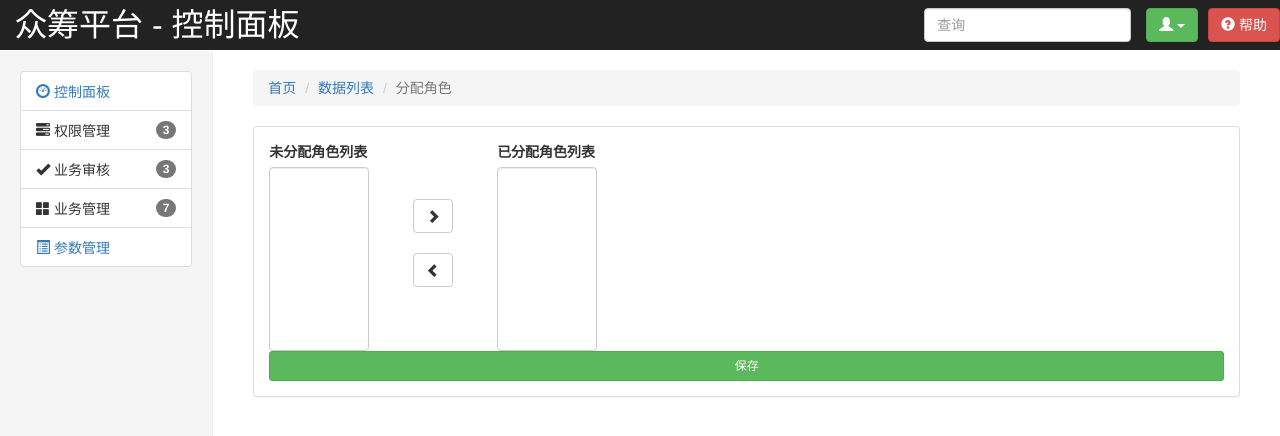
Repository: tornado4651/AtCrodFunding
Page: http://localhost/atcrowdfunding02-admin-webui/WEB-INF/assign-role.jsp
The author's editor kept a copy of each file at every save. The page is drawn from the files as they stood at one save, then again after the next save.
The browser window is 1280 px wide. The pictures show the whole page.
The page is served by Tomcat 9. Nobody is signed in. The template is opened directly, without the code that normally fills it, so the values that code supplies are empty.

Above is the page before, as saved 2020-04-26 16:41:55.

### atcrowdfunding01-admin-parent/atcrowdfunding02-admin-webui/src/main/webapp/WEB-INF/assign-role.jsp
<%@ page language="java" contentType="text/html; charset=UTF-8"
	pageEncoding="UTF-8"%>
<%@ taglib uri="http://java.sun.com/jsp/jstl/core" prefix="c" %>
<!DOCTYPE html>
<html lang="UTF-8">
<!-- 提取出navigator部分，单独包含进来 -->
<%@include file="/WEB-INF/include-head.jsp" %>

<body>

	<!-- 提取出navigator部分，单独包含进来 -->
	<%@include file="/WEB-INF/include-navigator.jsp" %>

	<div class="container-fluid">
		<div class="row">

			<!-- 提取出sidebar部分，单独包含进来 -->
			<%@include file="/WEB-INF/include-sidebar.jsp" %>
			<div class="col-sm-9 col-sm-offset-3 col-md-10 col-md-offset-2 main">
				<ol class="breadcrumb">
				  <li><a href="#">首页</a></li>
				  <li><a href="#">数据列表</a></li>
				  <li class="active">分配角色</li>
				</ol>
			<div class="panel panel-default">
			  <div class="panel-body">
				<form  action="assign/do/role/assign.html" method="post" role="form" class="form-inline">

				  <input type="hidden" name="adminId" value="${param.adminId }"/>
				  <input type="hidden" name="pageNum" value="${param.pageNum }"/>
				  <input type="hidden" name="keyword" value="${param.keyword }"/>

				  <div class="form-group">
					<label for="exampleInputPassword1">未分配角色列表</label><br>
					<select class="form-control" multiple="multiple" size="10" style="width:100px;overflow-y:auto;">
                        <c:forEach items="${requestScope.unAssignedRoleList }" var="role">
                        	<option value="${role.id }">${role.name }</option>
                        </c:forEach>
                    </select>
				  </div>
				  <div class="form-group">
                        <ul>
                            <li class="btn btn-default glyphicon glyphicon-chevron-right"></li>
                            <br/>
                            <li class="btn btn-default glyphicon glyphicon-chevron-left" style="margin-top:20px;"></li>
                        </ul>
				  </div>
				  <div class="form-group" style="margin-left:40px;">
					<label for="exampleInputPassword1">已分配角色列表</label><br>
					<select name="roleIdList"
						class="form-control" multiple="multiple" size="10"
						style="width:100px;overflow-y:auto;">
                        <c:forEach items="${requestScope.assignedRoleList }" var="role">
                        	<option value="${role.id }">${role.name }</option>
                        </c:forEach>
                    </select>
				  </div>

				  <button type="submit" class="btn btn-sm btn-success btn-block">保存</button>

				</form>
			  </div>
			</div>
        </div>

		</div>
	</div>
</body>
</html>

### atcrowdfunding01-admin-parent/atcrowdfunding02-admin-webui/src/main/webapp/WEB-INF/include-head.jsp
<%@ page language="java" contentType="text/html; charset=UTF-8"
    pageEncoding="UTF-8"%>
<head>
<meta charset="GB18030">
<meta http-equiv="X-UA-Compatible" content="IE=edge">
<meta name="viewport" content="width=device-width, initial-scale=1">
<meta name="description" content="">
<meta name="author" content="">
<base
	href="http://${pageContext.request.serverName }:${pageContext.request.serverPort }${pageContext.request.contextPath }/" />
<link rel="stylesheet" href="bootstrap/css/bootstrap.min.css">
<link rel="stylesheet" href="css/font-awesome.min.css">
<link rel="stylesheet" href="css/main.css">
<style>
.tree li {
	list-style-type: none;
	cursor: pointer;
}

.tree-closed {
	height: 40px;
}

.tree-expanded {
	height: auto;
}
</style>
<script src="jquery/jquery-2.1.1.min.js"></script>
<script src="bootstrap/js/bootstrap.min.js"></script>
<script src="script/docs.min.js"></script>
<script type="text/javascript" src="layer/layer.js"></script>
<script type="text/javascript">
	$(function() {
		$(".list-group-item").click(function() {
			if ($(this).find("ul")) {
				$(this).toggleClass("tree-closed");
				if ($(this).hasClass("tree-closed")) {
					$("ul", this).hide("fast");
				} else {
					$("ul", this).show("fast");
				}
			}
		});
	});
</script>

</head>

### atcrowdfunding01-admin-parent/atcrowdfunding02-admin-webui/src/main/webapp/WEB-INF/include-navigator.jsp
<%@ page language="java" contentType="text/html; charset=UTF-8"
    pageEncoding="UTF-8"%>
<nav class="navbar navbar-inverse navbar-fixed-top" role="navigation">
		<div class="container-fluid">
			<div class="navbar-header">
				<div>
					<a class="navbar-brand" style="font-size: 32px;" href="#">众筹平台
						- 控制面板</a>
				</div>
			</div>
			<div id="navbar" class="navbar-collapse collapse">
				<ul class="nav navbar-nav navbar-right">
					<li style="padding-top: 8px;">
						<div class="btn-group">
							<button type="button"
								class="btn btn-default btn-success dropdown-toggle"
								data-toggle="dropdown">
								<i class="glyphicon glyphicon-user"></i>
								${sessionScope.loginAdmin.userName }
								<span class="caret"></span>
							</button>
							<ul class="dropdown-menu" role="menu">
								<li><a href="#"><i class="glyphicon glyphicon-cog"></i>
										个人设置</a></li>
								<li><a href="#"><i class="glyphicon glyphicon-comment"></i>
										消息</a></li>
								<li class="divider"></li>
								<li><a href="admin/do/logout.html"><i
										class="glyphicon glyphicon-off"></i> 退出系统</a></li>
							</ul>
						</div>
					</li>
					<li style="margin-left: 10px; padding-top: 8px;">
						<button type="button" class="btn btn-default btn-danger">
							<span class="glyphicon glyphicon-question-sign"></span> 帮助
						</button>
					</li>
				</ul>
				<form class="navbar-form navbar-right">
					<input type="text" class="form-control" placeholder="查询">
				</form>
			</div>
		</div>
	</nav>

### atcrowdfunding01-admin-parent/atcrowdfunding02-admin-webui/src/main/webapp/WEB-INF/include-sidebar.jsp
<%@ page language="java" contentType="text/html; charset=UTF-8"
    pageEncoding="UTF-8"%>
<div class="col-sm-3 col-md-2 sidebar">
				<div class="tree">
					<ul style="padding-left: 0px;" class="list-group">
						<li class="list-group-item tree-closed"><a href="main.html"><i
								class="glyphicon glyphicon-dashboard"></i> 控制面板</a></li>
						<li class="list-group-item tree-closed"><span><i
								class="glyphicon glyphicon glyphicon-tasks"></i> 权限管理 <span
								class="badge" style="float: right">3</span></span>
							<ul style="margin-top: 10px; display: none;">
								<li style="height: 30px;"><a href="admin/get/page.html"><i
										class="glyphicon glyphicon-user"></i> 用户维护</a></li>
								<li style="height: 30px;"><a href="role/to/page.html"><i
										class="glyphicon glyphicon-king"></i> 角色维护</a></li>
								<li style="height: 30px;"><a href="menu/to/page.html"><i
										class="glyphicon glyphicon-lock"></i> 菜单维护</a></li>
							</ul></li>
						<li class="list-group-item tree-closed"><span><i
								class="glyphicon glyphicon-ok"></i> 业务审核 <span class="badge"
								style="float: right">3</span></span>
							<ul style="margin-top: 10px; display: none;">
								<li style="height: 30px;"><a href="auth_cert.html"><i
										class="glyphicon glyphicon-check"></i> 实名认证审核</a></li>
								<li style="height: 30px;"><a href="auth_adv.html"><i
										class="glyphicon glyphicon-check"></i> 广告审核</a></li>
								<li style="height: 30px;"><a href="auth_project.html"><i
										class="glyphicon glyphicon-check"></i> 项目审核</a></li>
							</ul></li>
						<li class="list-group-item tree-closed"><span><i
								class="glyphicon glyphicon-th-large"></i> 业务管理 <span
								class="badge" style="float: right">7</span></span>
							<ul style="margin-top: 10px; display: none;">
								<li style="height: 30px;"><a href="cert.html"><i
										class="glyphicon glyphicon-picture"></i> 资质维护</a></li>
								<li style="height: 30px;"><a href="type.html"><i
										class="glyphicon glyphicon-equalizer"></i> 分类管理</a></li>
								<li style="height: 30px;"><a href="process.html"><i
										class="glyphicon glyphicon-random"></i> 流程管理</a></li>
								<li style="height: 30px;"><a href="advertisement.html"><i
										class="glyphicon glyphicon-hdd"></i> 广告管理</a></li>
								<li style="height: 30px;"><a href="message.html"><i
										class="glyphicon glyphicon-comment"></i> 消息模板</a></li>
								<li style="height: 30px;"><a href="project_type.html"><i
										class="glyphicon glyphicon-list"></i> 项目分类</a></li>
								<li style="height: 30px;"><a href="tag.html"><i
										class="glyphicon glyphicon-tags"></i> 项目标签</a></li>
							</ul></li>
						<li class="list-group-item tree-closed"><a href="param.html"><i
								class="glyphicon glyphicon-list-alt"></i> 参数管理</a></li>
					</ul>
				</div>
			</div>

### atcrowdfunding01-admin-parent/atcrowdfunding02-admin-webui/src/main/webapp/css/main.css
/*
 * Base structure
 */

/* Move down content because we have a fixed navbar that is 50px tall */
body {
  padding-top: 50px;
}


/*
 * Global add-ons
 */

.sub-header {
  padding-bottom: 10px;
  border-bottom: 1px solid #eee;
}

/*
 * Top navigation
 * Hide default border to remove 1px line.
 */
.navbar-fixed-top {
  border: 0;
}

/*
 * Sidebar
 */

/* Hide for mobile, show later */
.sidebar {
  display: none;
}
@media (min-width: 768px) {
  .sidebar {
    position: fixed;
    top: 51px;
    bottom: 0;
    left: 0;
    z-index: 1000;
    display: block;
    padding: 20px;
    overflow-x: hidden;
    overflow-y: auto; /* Scrollable contents if viewport is shorter than content. */
    background-color: #f5f5f5;
    border-right: 1px solid #eee;
  }
}

/* Sidebar navigation */
.nav-sidebar {
  margin-right: -21px; /* 20px padding + 1px border */
  margin-bottom: 20px;
  margin-left: -20px;
}
.nav-sidebar > li > a {
  padding-right: 20px;
  padding-left: 20px;
}
.nav-sidebar > .active > a,
.nav-sidebar > .active > a:hover,
.nav-sidebar > .active > a:focus {
  color: #fff;
  background-color: #428bca;
}


/*
 * Main content
 */

.main {
  padding: 20px;
}
@media (min-width: 768px) {
  .main {
    padding-right: 40px;
    padding-left: 40px;
  }
}
.main .page-header {
  margin-top: 0;
}


/*
 * Placeholder dashboard ideas
 */

.placeholders {
  margin-bottom: 30px;
  text-align: center;
}
.placeholders h4 {
  margin-bottom: 0;
}
.placeholder {
  margin-bottom: 20px;
}
.placeholder img {
  display: inline-block;
  border-radius: 50%;
}

Loaded but not shown: atcrowdfunding01-admin-parent/atcrowdfunding02-admin-webui/src/main/webapp/bootstrap/css/bootstrap.min.css (library); atcrowdfunding01-admin-parent/atcrowdfunding02-admin-webui/src/main/webapp/css/font-awesome.min.css (library); atcrowdfunding01-admin-parent/atcrowdfunding02-admin-webui/src/main/webapp/jquery/jquery-2.1.1.min.js (library); atcrowdfunding01-admin-parent/atcrowdfunding02-admin-webui/src/main/webapp/bootstrap/js/bootstrap.min.js (library); atcrowdfunding01-admin-parent/atcrowdfunding02-admin-webui/src/main/webapp/script/docs.min.js (library); atcrowdfunding01-admin-parent/atcrowdfunding02-admin-webui/src/main/webapp/layer/layer.js (library); atcrowdfunding01-admin-parent/atcrowdfunding02-admin-webui/src/main/webapp/layer/theme/default/layer.css (library)

After the next save:
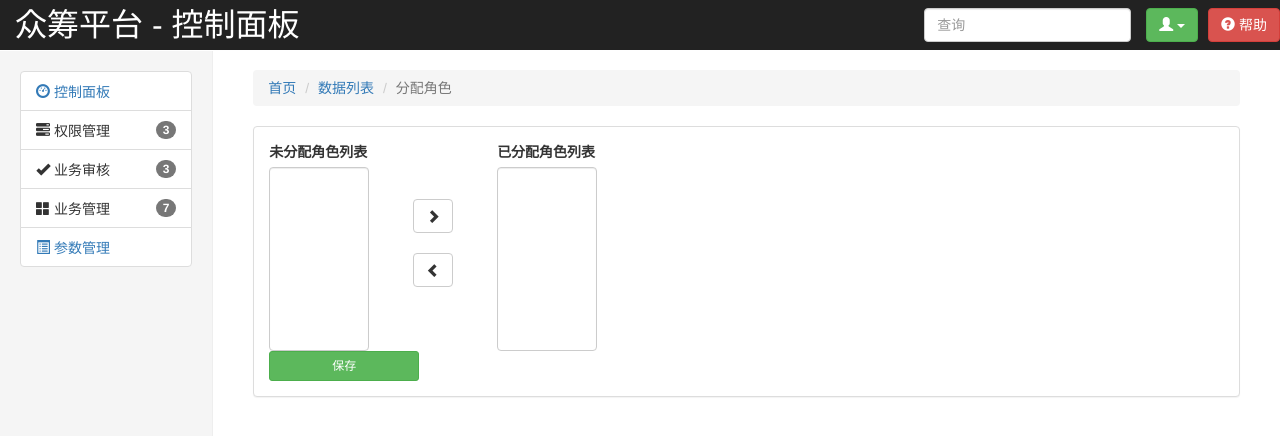
Saved 5 min 10 s later.
--- a/atcrowdfunding01-admin-parent/atcrowdfunding02-admin-webui/src/main/webapp/WEB-INF/assign-role.jsp
+++ b/atcrowdfunding01-admin-parent/atcrowdfunding02-admin-webui/src/main/webapp/WEB-INF/assign-role.jsp
@@ -40,7 +40,7 @@
 				  </div>
 				  <div class="form-group">
                         <ul>
-                            <li class="btn btn-default glyphicon glyphicon-chevron-right"></li>
+                            <li  id="toRightBtn" class="btn btn-default glyphicon glyphicon-chevron-right"></li>
                             <br/>
                             <li class="btn btn-default glyphicon glyphicon-chevron-left" style="margin-top:20px;"></li>
                         </ul>
@@ -56,7 +56,7 @@
                     </select>
 				  </div>
 
-				  <button type="submit" class="btn btn-sm btn-success btn-block">保存</button>
+				  <button type="submit" style="width:150px" class="btn btn-sm btn-success btn-block">保存</button>
 
 				</form>
 			  </div>
